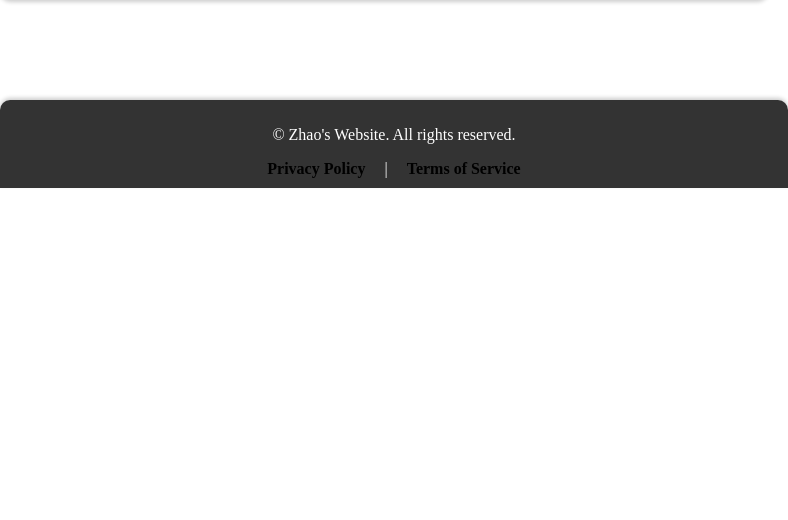
Repository: Iamnotsnowwhite/my-resume
Page: /
The author's editor kept a copy of each file at every save. The page is drawn from the files as they stood at one save, then again after a run of saves.
The browser window is 768 px wide. The page is 788 px wide, so the pictures cover 788 px, including what lies to the right of the window. The pictures show the part of the page from y = 280 to 850 px (the page is 800 px tall before and 850 px after).
The project was rebuilt for these pictures with package versions that can differ from the ones it lists, and the page was loaded fresh each time. Also part of the build but not shown: src/components/About.tsx, src/pages/AboutPage.tsx, src/components/Contact.tsx, src/chatbox.css, src/pages/ContactPage.tsx, src/components/chatbox.tsx.

Above is the page before, as saved 2024-08-12 12:36:33.

After the next 3 saves:
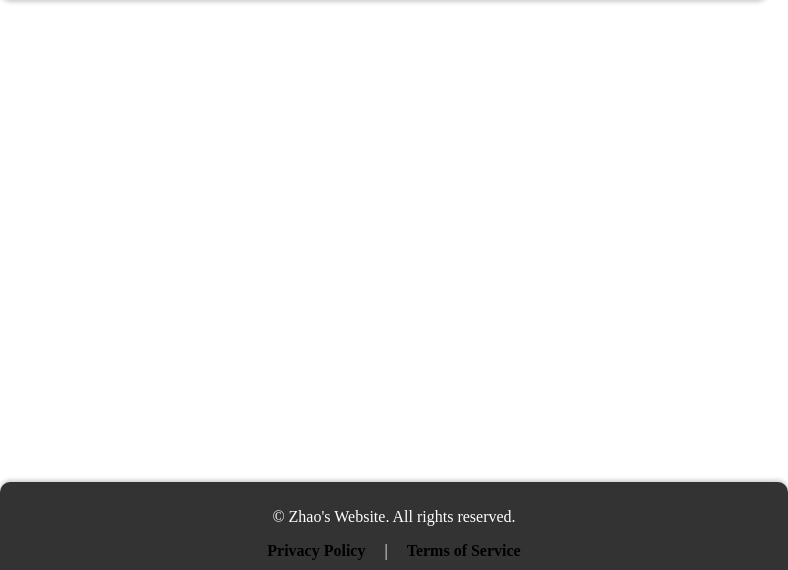
The 3 saves are shown as one change because they came seconds apart.
The last was saved 9 s later.
--- a/src/homepage.css
+++ b/src/homepage.css
@@ -41,5 +41,12 @@
     .video-container {
         max-height: 50vh; /* 在小屏幕上减少视频的最大高度 */
     }
+    .video-container {
+        position: relative;
+        width: 100%;
+        max-width: 560px; /* 设置最大宽度 */
+        margin: 0 auto; /* 居中视频 */
+        padding-top: 56.25%; /* 保持16:9的宽高比 */
+        height: 0;
 
 }

After the 3 saves that followed:
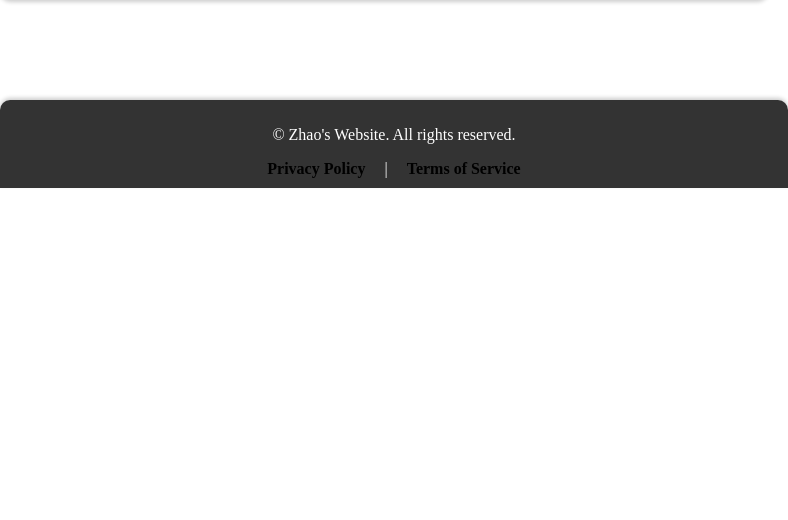
The 3 saves are shown as one change because 1 left the picture as it was and some came seconds apart.
The last was saved 22 s later.
--- a/src/homepage.css
+++ b/src/homepage.css
@@ -41,12 +41,5 @@
     .video-container {
         max-height: 50vh; /* 在小屏幕上减少视频的最大高度 */
     }
-    .video-container {
-        position: relative;
-        width: 100%;
-        max-width: 560px; /* 设置最大宽度 */
-        margin: 0 auto; /* 居中视频 */
-        padding-top: 56.25%; /* 保持16:9的宽高比 */
-        height: 0;
 
 }
